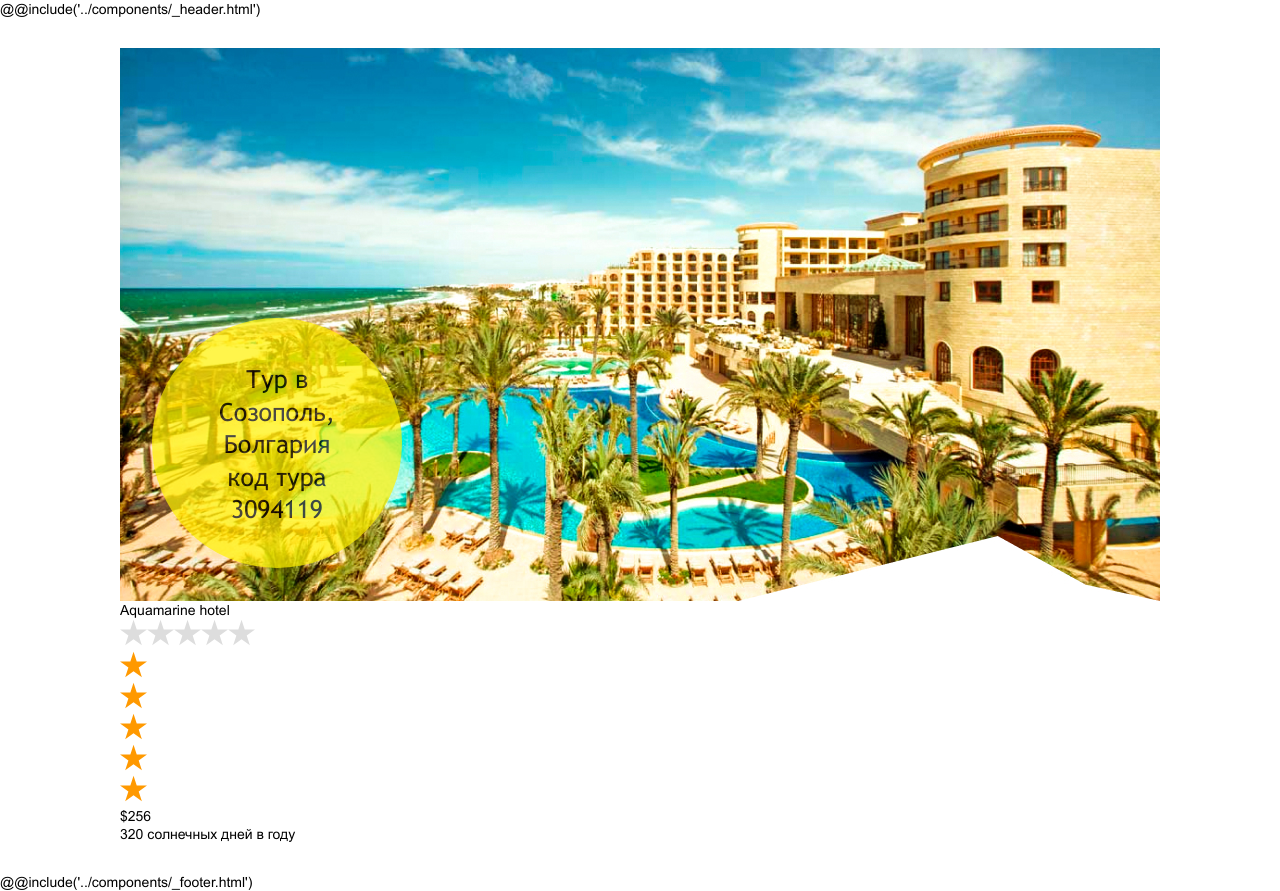
Repository: chekhunov/suntour
Page: app/html/pages/index.html
An editor plug-in stored every save of this project. The page is shown before and after the next save, followed by the edit.
The browser window is 1280 px wide. The pictures show the whole page.
Some web fonts or font styles are not loaded; a fallback is used. The style sheet was rebuilt from its Sass, Less or Tailwind sources for each picture, by a compiler version that may differ from the author's.

Above is the page before, as saved 2021-03-04 13:23:46.

After the next save:
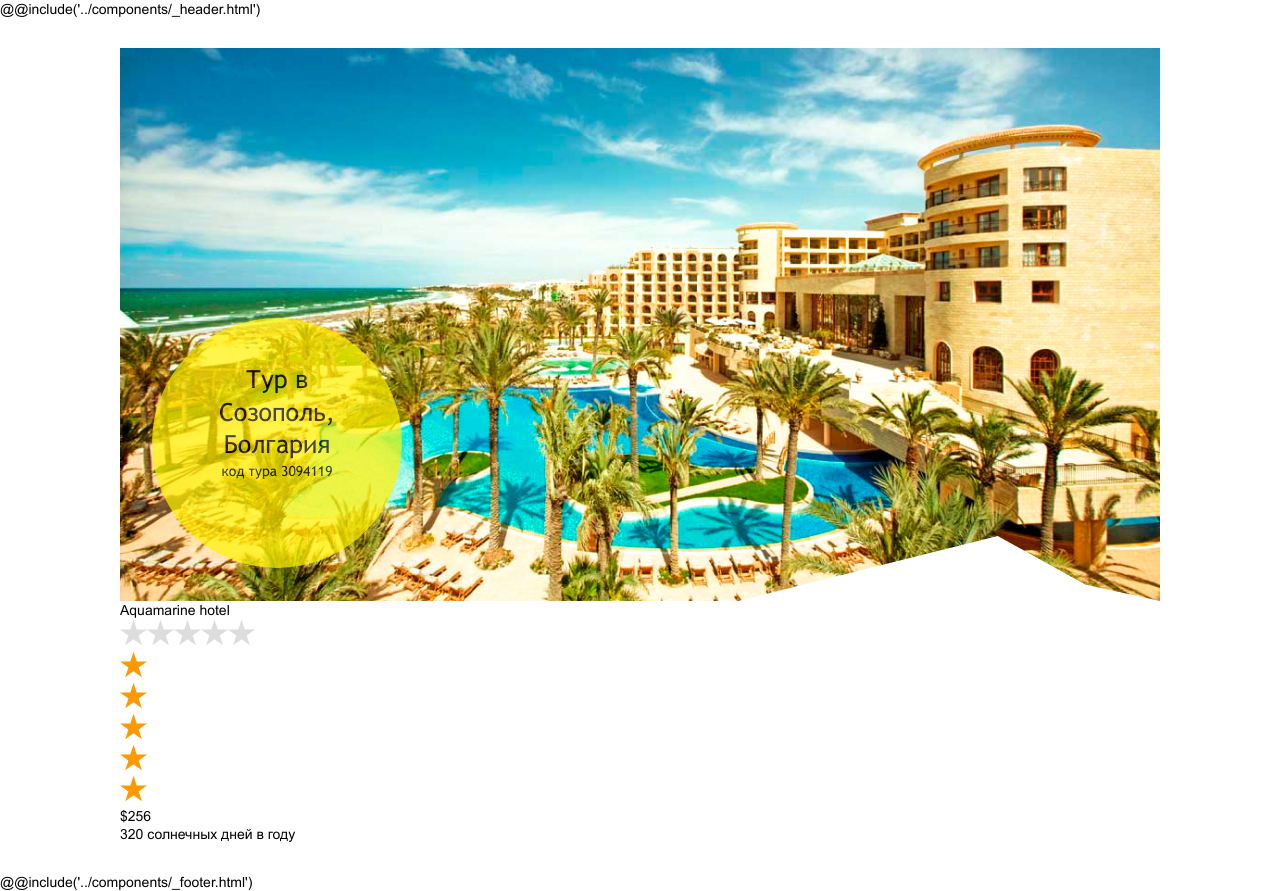
Saved 14 s later.
--- a/app/scss/components/_card-hotel.scss
+++ b/app/scss/components/_card-hotel.scss
@@ -34,6 +34,6 @@
 
   &__code-tour {
 
-
+    font-size: 14px;
   }
 }
